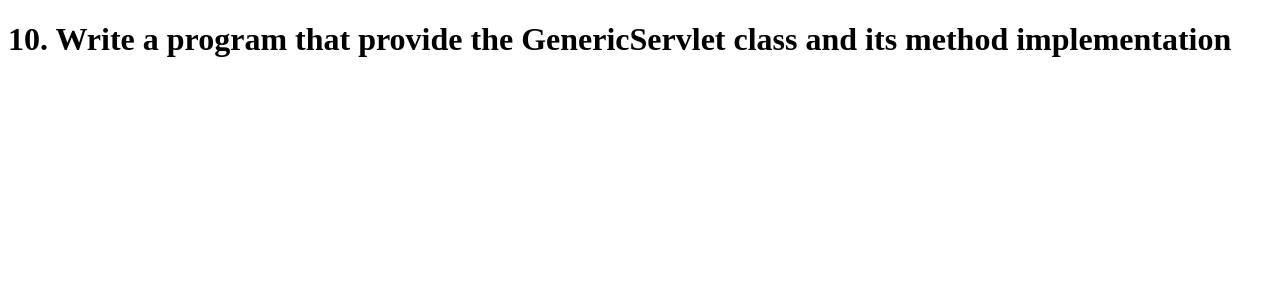
Repository: VIVEKANAND-SINHA/AdvanceJavaTraining
Page: ProjectFileAdvanceJava/src/main/webapp/Question10.html
An editor plug-in stored every save of this project. The page is shown before and after the next save, followed by the edit.
The browser window is 1280 px wide. The pictures show the whole page.

Above is the page before, as saved 2023-01-26 08:11:47.

### ProjectFileAdvanceJava/src/main/webapp/Question10.html
<!DOCTYPE html>
<html>
<head>
<meta charset="UTF-8">
<title>Solution NO 10</title>
</head>
<body>
<h1>10.	Write a program that provide the GenericServlet class and its method implementation</h1>
</body>
</html>

After the next save:
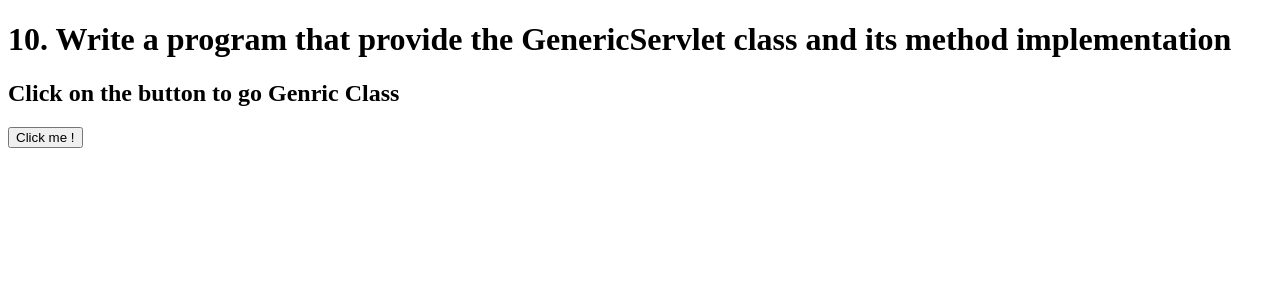
Saved 76 s later.
--- a/ProjectFileAdvanceJava/src/main/webapp/Question10.html
+++ b/ProjectFileAdvanceJava/src/main/webapp/Question10.html
@@ -6,5 +6,9 @@
 </head>
 <body>
 <h1>10.	Write a program that provide the GenericServlet class and its method implementation</h1>
+<form action="post" method = "Genric">
+<h2>Click on the button to go Genric Class</h2>
+<button type = "submit">Click me !</button>
+</form>
 </body>
 </html>
